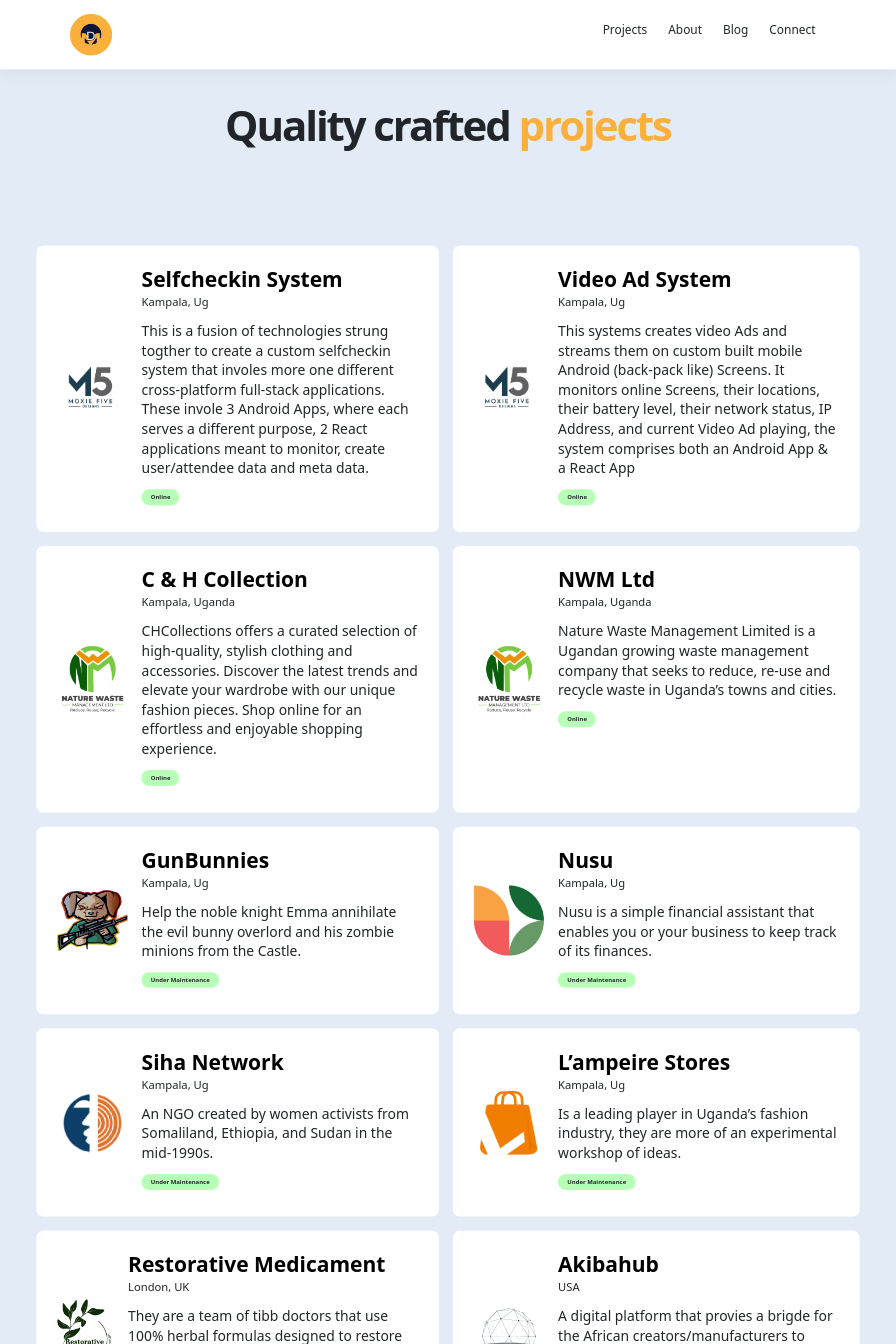
Repository: kaizoku010/firebrand
Page: /apps
The author's editor kept a copy of each file at every save. The page is drawn from the files as they stood at one save, then again after the next save.
The browser window is 1280 px wide. The pictures show the part of the page from y = 0 to 1920 px (the page is 3893 px tall), at 70% of full size.
The project was rebuilt for these pictures with package versions that can differ from the ones it lists, and the page was loaded fresh each time. Also part of the build but not shown: vite.config.js, src/update/homescreen.css, src/update/homescreen.js, src/update/blog.css, src/update/blog.js, src/update/connect.css, src/update/connect.js. Imported but missing from the stored project, and not drawn on this page: src/update/about.js.

Above is the page before, as saved 2024-05-27 14:42:16.

After the next save:
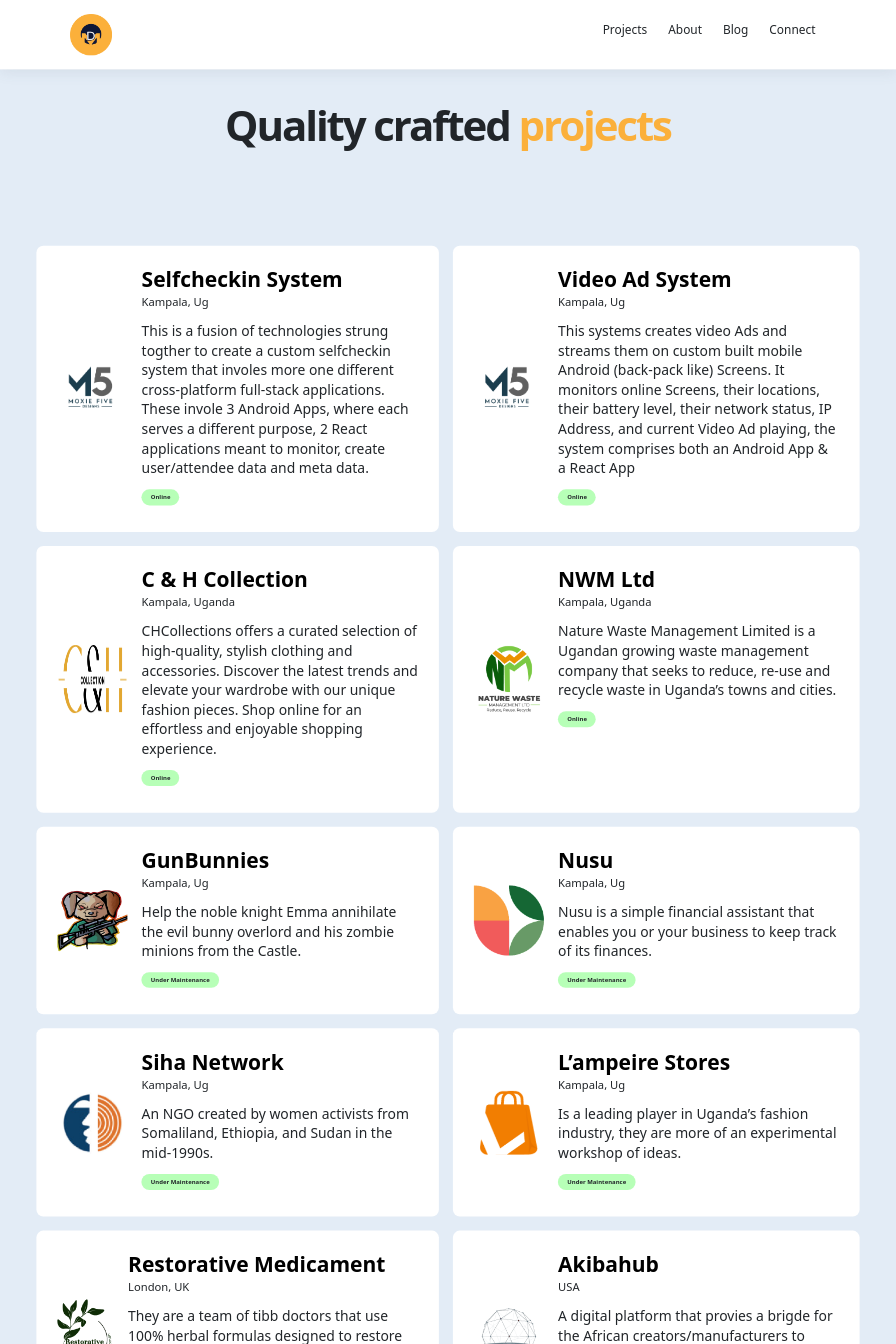
Saved 3 min 4 s later.
--- a/src/dataPoint/AllProjects.js
+++ b/src/dataPoint/AllProjects.js
@@ -54,7 +54,7 @@
     textColor: 'red',
     location: 'Kampala, Uganda',
     desc: 'CHCollections offers a curated selection of high-quality, stylish clothing and accessories. Discover the latest trends and elevate your wardrobe with our unique fashion pieces. Shop online for an effortless and enjoyable shopping experience.',
-    icon: NwmLogo,
+    icon: CH,
    link: 'https://chcollections.ug/'
   },
 
